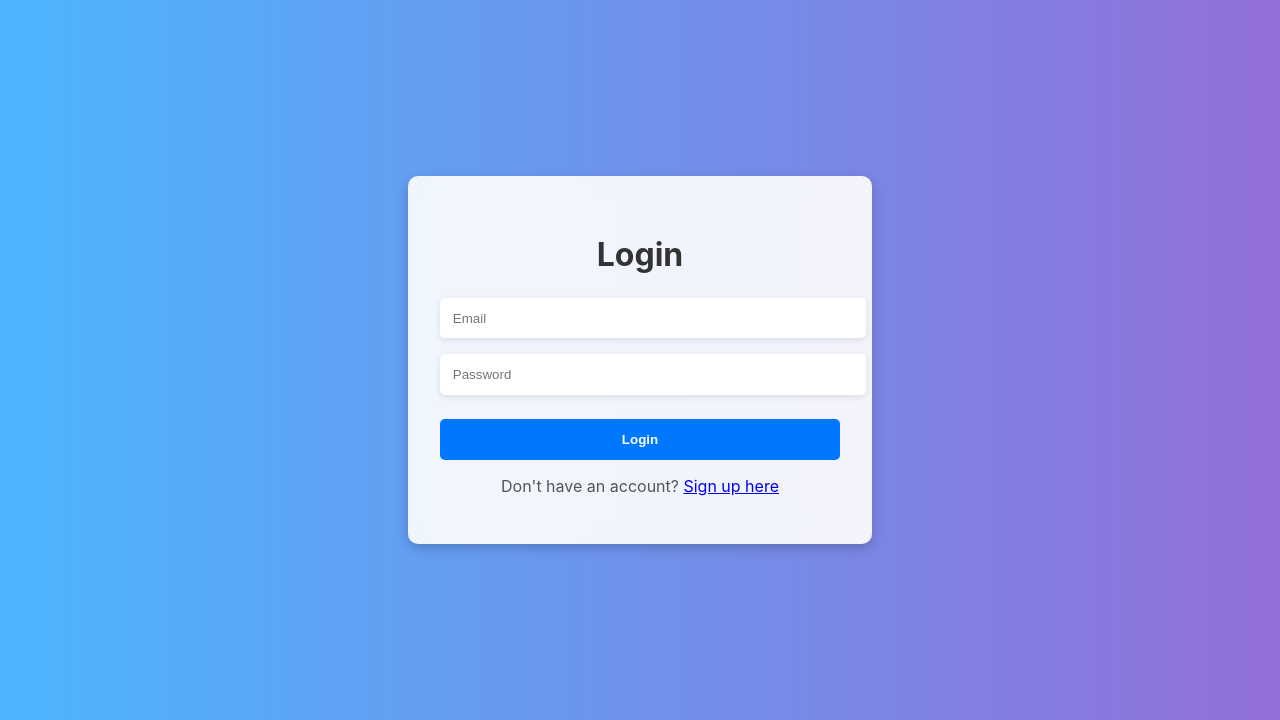
Repository: JaafarRezk/FrontEnd-InternetApplications
Page: /login
These files come from the project's save history. The page is drawn as it stood at one moment and after the next save; the edit follows.
The browser window is 1280 px wide. The pictures show the whole page.
The project was rebuilt for these pictures with package versions that can differ from the ones it lists, and the page was loaded fresh each time. Also part of the build but not shown: src/styles/Home.module.css, src/components/Home.js, src/styles/Sidebar.module.css, src/components/Sidebar.js, src/styles/Header.module.css, src/components/Header.js, src/styles/Toolbar.module.css, src/components/Toolbar.js and 5 more.

Above is the page before, as saved 2024-11-13 13:00:29.

### src/App.js
import React from 'react';
import { BrowserRouter as Router, Route, Routes } from 'react-router-dom';
import Home from './components/Home';
import Login from './components/Auth/Login';
import Dashboard from './components/Dashboard';
import Register from './components/Auth/Register';

function App() {
  return (
    <Router>
      <div className="App">
      <Routes>
      <Route path="/" element={<Home />} />
        <Route path="/login" element={<Login />} />
        <Route path="/register" element={<Register />} />
        <Route path="/dashboard" element={<Dashboard />} />
      </Routes>
      </div>
    </Router>
  );
}

export default App;

### src/components/Auth/Login.js
import React, { useState, useEffect } from 'react';
import axios from 'axios';
import styles from '../../styles/Auth.module.css';
import { Link, useNavigate } from 'react-router-dom';

const Login = () => {
  const [email, setEmail] = useState('');
  const [password, setPassword] = useState('');
  const [error, setError] = useState('');
  const [successMessage, setSuccessMessage] = useState('');
  const [users, setUsers] = useState([]);
  const [files, setFiles] = useState([]);
  const navigate = useNavigate();

  const handleSubmit = async (e) => {
    e.preventDefault();
    setError('');
    setSuccessMessage('');

    try {
      const response = await axios.post('http://127.0.0.1:8000/api/auth/logIn', {
        email,
        password,
      });

      if (response.data.success) {
        setSuccessMessage('Login successful!');
        const token = response.data.data.token;
        localStorage.setItem('token', token);

        fetchData(token);
      }
    } catch (error) {
      setError('Invalid credentials or user does not exist.');
      console.error(error);
    }
  };

  const fetchData = async (token) => {
    try {
      const usersResponse = await axios.get('http://127.0.0.1:8000/api/allUsers', {
        headers: {
          Authorization: `Bearer ${token}`,
        },
      });
      setUsers(usersResponse.data);

      const filesResponse = await axios.get('http://127.0.0.1:8000/api/file/getMyFiles', {
        headers: {
          Authorization: `Bearer ${token}`,
        },
      });
      setFiles(filesResponse.data);

      navigate('/dashboard');
    } catch (error) {
      console.error('Error fetching data:', error);
      setError('Failed to load data.');
    }
  };

  return (
    <div className={styles.container}>
      <div className={styles.formContainer}>
        <h2 className={styles.title}>Login</h2>
        <form onSubmit={handleSubmit}>
          <input
            type="email"
            placeholder="Email"
            value={email}
            onChange={(e) => setEmail(e.target.value)}
            className={styles.input}
          />
          <input
            type="password"
            placeholder="Password"
            value={password}
            onChange={(e) => setPassword(e.target.value)}
            className={styles.input}
          />
          <button type="submit" className={styles.button}>Login</button>
        </form>
        {error && <p style={{ color: 'red' }}>{error}</p>}
        {successMessage && <p style={{ color: 'green' }}>{successMessage}</p>}
        <p>Don't have an account? <Link to="/register" className={styles.link}>Sign up here</Link></p>
      </div>

      {users.length > 0 && (
        <div className={styles.dataSection}>
          <h3>Users:</h3>
          <ul>
            {users.map((user) => (
              <li key={user.id}>{user.name} - {user.email}</li>
            ))}
          </ul>
        </div>
      )}

      {files.length > 0 && (
        <div className={styles.dataSection}>
          <h3>My Files:</h3>
          <ul>
            {files.map((file) => (
              <li key={file.id}>{file.name}</li>
            ))}
          </ul>
        </div>
      )}
    </div>
  );
};

export default Login;

### src/styles/Auth.module.css

.container {
    display: flex;
    justify-content: center;
    align-items: center;
    height: 100vh;
    background: linear-gradient(to right, rgba(0, 150, 255, 0.7), rgba(100, 50, 200, 0.7));
    animation: fadeInBackground 1.5s ease-in-out;
  }

  .formContainer {
    background-color: rgba(255, 255, 255, 0.9);
    backdrop-filter: blur(10px);
    padding: 2rem;
    border-radius: 10px;
    box-shadow: 0 4px 12px rgba(0, 0, 0, 0.2);
    width: 100%;
    max-width: 400px;
    text-align: center;
    animation: slideIn 0.7s ease;
  }

  .title {
    font-size: 2rem;
    margin-bottom: 1rem;
    color: #333;
  }

  .input {
    width: 100%;
    padding: 0.8rem;
    margin: 0.5rem 0;
    border: none;
    border-radius: 5px;
    box-shadow: 0 2px 6px rgba(0, 0, 0, 0.1);
    transition: transform 0.3s;
  }

  .input:focus {
    transform: scale(1.03);
    outline: none;
    box-shadow: 0 3px 8px rgba(0, 100, 255, 0.3);
  }

  .button {
    width: 100%;
    padding: 0.8rem;
    margin-top: 1rem;
    border: none;
    border-radius: 5px;
    background-color: #0077ff;
    color: white;
    font-weight: bold;
    cursor: pointer;
    transition: background-color 0.3s, transform 0.3s;
  }

  .button:hover {
    background-color: #005ec2;
    transform: scale(1.05);
  }

  .message {
    margin-top: 1rem;
    color: #444;
  }

  @keyframes fadeInBackground {
    from { opacity: 0; }
    to { opacity: 1; }
  }

  @keyframes slideIn {
    from { opacity: 0; transform: translateY(20px); }
    to { opacity: 1; transform: translateY(0); }
  }

### src/styles/Content.module.css

.content {
    padding: 20px;
  }

  .cardContainer {
    margin-top: 20px;
  }

  .card {
    background-color: #f4f4f4;
    padding: 20px;
    border-radius: 8px;
    box-shadow: 0 4px 8px rgba(0, 0, 0, 0.1);
  }

  .card h3 {
    color: #333;
    margin-bottom: 10px;
  }

  .card ul {
    list-style: none;
    padding: 0;
  }

  .card li {
    padding: 8px 0;
    border-bottom: 1px solid #ddd;
  }

  .card li:last-child {
    border-bottom: none;
  }

  .error {
    color: red;
    margin-top: 10px;
  }

  p {
    color: #555;
  }

Loaded but not shown: public/index.html (common file); src/index.js (common file); src/index.css (common file); src/reportWebVitals.js (common file)

After the next save:
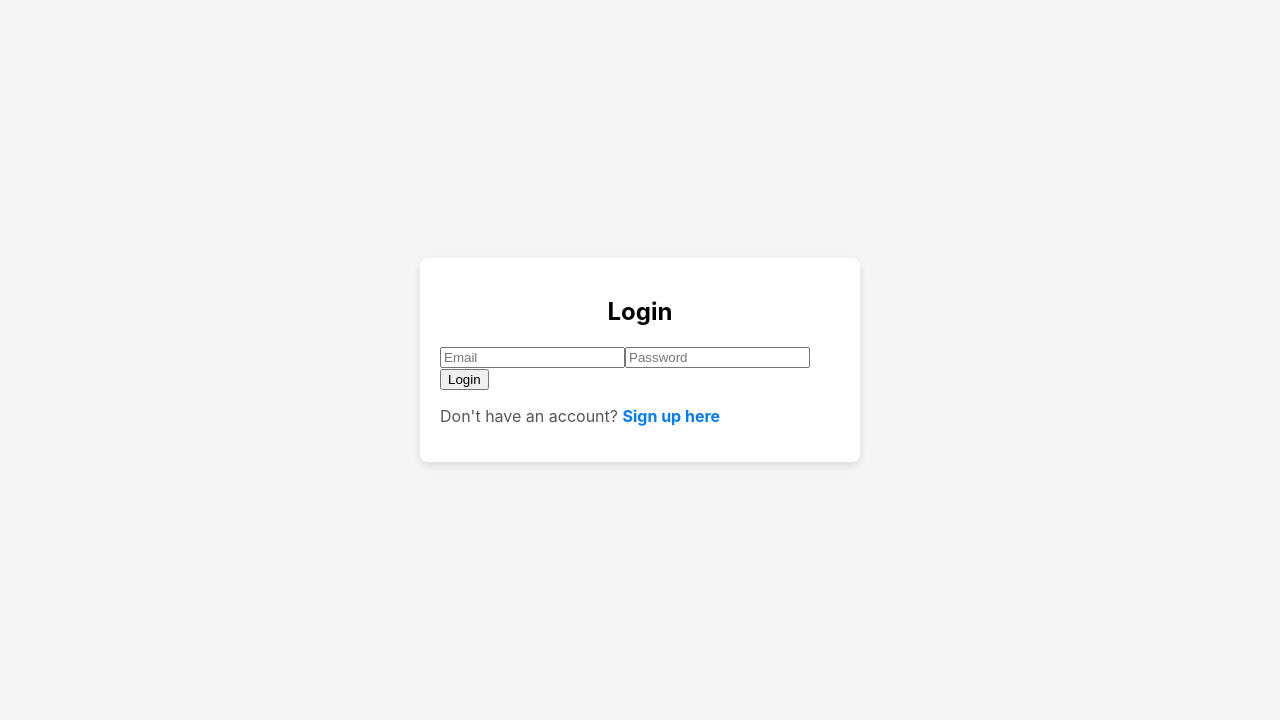
Saved 35 s later.
--- a/src/styles/Auth.module.css
+++ b/src/styles/Auth.module.css
@@ -1,76 +1,33 @@
+.container {
+  display: flex;
+  align-items: center;
+  justify-content: center;
+  height: 100vh;
+  background-color: #f5f5f5;
+}
 
-.container {
-    display: flex;
-    justify-content: center;
-    align-items: center;
-    height: 100vh;
-    background: linear-gradient(to right, rgba(0, 150, 255, 0.7), rgba(100, 50, 200, 0.7));
-    animation: fadeInBackground 1.5s ease-in-out;
-  }
+.formContainer {
+  width: 100%;
+  max-width: 400px;
+  padding: 20px;
+  background-color: white;
+  border-radius: 8px;
+  box-shadow: 0 4px 8px rgba(0, 0, 0, 0.1);
+}
 
-  .formContainer {
-    background-color: rgba(255, 255, 255, 0.9);
-    backdrop-filter: blur(10px);
-    padding: 2rem;
-    border-radius: 10px;
-    box-shadow: 0 4px 12px rgba(0, 0, 0, 0.2);
-    width: 100%;
-    max-width: 400px;
-    text-align: center;
-    animation: slideIn 0.7s ease;
-  }
+.title {
+  font-size: 24px;
+  font-weight: bold;
+  text-align: center;
+  margin-bottom: 20px;
+}
 
-  .title {
-    font-size: 2rem;
-    margin-bottom: 1rem;
-    color: #333;
-  }
+.link {
+  color: #007bff;
+  text-decoration: none;
+  font-weight: bold;
+}
 
-  .input {
-    width: 100%;
-    padding: 0.8rem;
-    margin: 0.5rem 0;
-    border: none;
-    border-radius: 5px;
-    box-shadow: 0 2px 6px rgba(0, 0, 0, 0.1);
-    transition: transform 0.3s;
-  }
-
-  .input:focus {
-    transform: scale(1.03);
-    outline: none;
-    box-shadow: 0 3px 8px rgba(0, 100, 255, 0.3);
-  }
-
-  .button {
-    width: 100%;
-    padding: 0.8rem;
-    margin-top: 1rem;
-    border: none;
-    border-radius: 5px;
-    background-color: #0077ff;
-    color: white;
-    font-weight: bold;
-    cursor: pointer;
-    transition: background-color 0.3s, transform 0.3s;
-  }
-
-  .button:hover {
-    background-color: #005ec2;
-    transform: scale(1.05);
-  }
-
-  .message {
-    margin-top: 1rem;
-    color: #444;
-  }
-
-  @keyframes fadeInBackground {
-    from { opacity: 0; }
-    to { opacity: 1; }
-  }
-
-  @keyframes slideIn {
-    from { opacity: 0; transform: translateY(20px); }
-    to { opacity: 1; transform: translateY(0); }
-  }
+.link:hover {
+  text-decoration: underline;
+}

After the save that followed:
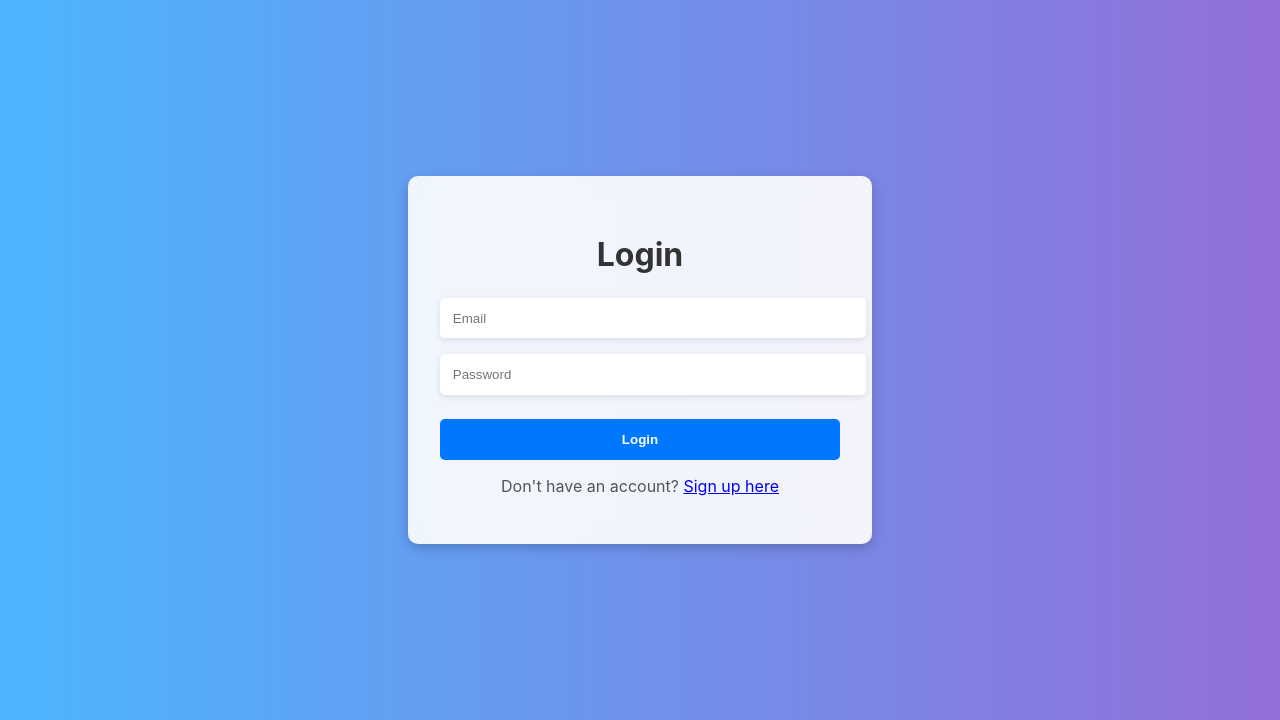
Saved 32 s later.
--- a/src/styles/Auth.module.css
+++ b/src/styles/Auth.module.css
@@ -1,33 +1,76 @@
+
 .container {
-  display: flex;
-  align-items: center;
-  justify-content: center;
-  height: 100vh;
-  background-color: #f5f5f5;
-}
+    display: flex;
+    justify-content: center;
+    align-items: center;
+    height: 100vh;
+    background: linear-gradient(to right, rgba(0, 150, 255, 0.7), rgba(100, 50, 200, 0.7));
+    animation: fadeInBackground 1.5s ease-in-out;
+  }
 
-.formContainer {
-  width: 100%;
-  max-width: 400px;
-  padding: 20px;
-  background-color: white;
-  border-radius: 8px;
-  box-shadow: 0 4px 8px rgba(0, 0, 0, 0.1);
-}
+  .formContainer {
+    background-color: rgba(255, 255, 255, 0.9);
+    backdrop-filter: blur(10px);
+    padding: 2rem;
+    border-radius: 10px;
+    box-shadow: 0 4px 12px rgba(0, 0, 0, 0.2);
+    width: 100%;
+    max-width: 400px;
+    text-align: center;
+    animation: slideIn 0.7s ease;
+  }
 
-.title {
-  font-size: 24px;
-  font-weight: bold;
-  text-align: center;
-  margin-bottom: 20px;
-}
+  .title {
+    font-size: 2rem;
+    margin-bottom: 1rem;
+    color: #333;
+  }
 
-.link {
-  color: #007bff;
-  text-decoration: none;
-  font-weight: bold;
-}
+  .input {
+    width: 100%;
+    padding: 0.8rem;
+    margin: 0.5rem 0;
+    border: none;
+    border-radius: 5px;
+    box-shadow: 0 2px 6px rgba(0, 0, 0, 0.1);
+    transition: transform 0.3s;
+  }
 
-.link:hover {
-  text-decoration: underline;
-}
+  .input:focus {
+    transform: scale(1.03);
+    outline: none;
+    box-shadow: 0 3px 8px rgba(0, 100, 255, 0.3);
+  }
+
+  .button {
+    width: 100%;
+    padding: 0.8rem;
+    margin-top: 1rem;
+    border: none;
+    border-radius: 5px;
+    background-color: #0077ff;
+    color: white;
+    font-weight: bold;
+    cursor: pointer;
+    transition: background-color 0.3s, transform 0.3s;
+  }
+
+  .button:hover {
+    background-color: #005ec2;
+    transform: scale(1.05);
+  }
+
+  .message {
+    margin-top: 1rem;
+    color: #444;
+  }
+
+  @keyframes fadeInBackground {
+    from { opacity: 0; }
+    to { opacity: 1; }
+  }
+
+  @keyframes slideIn {
+    from { opacity: 0; transform: translateY(20px); }
+    to { opacity: 1; transform: translateY(0); }
+  }
